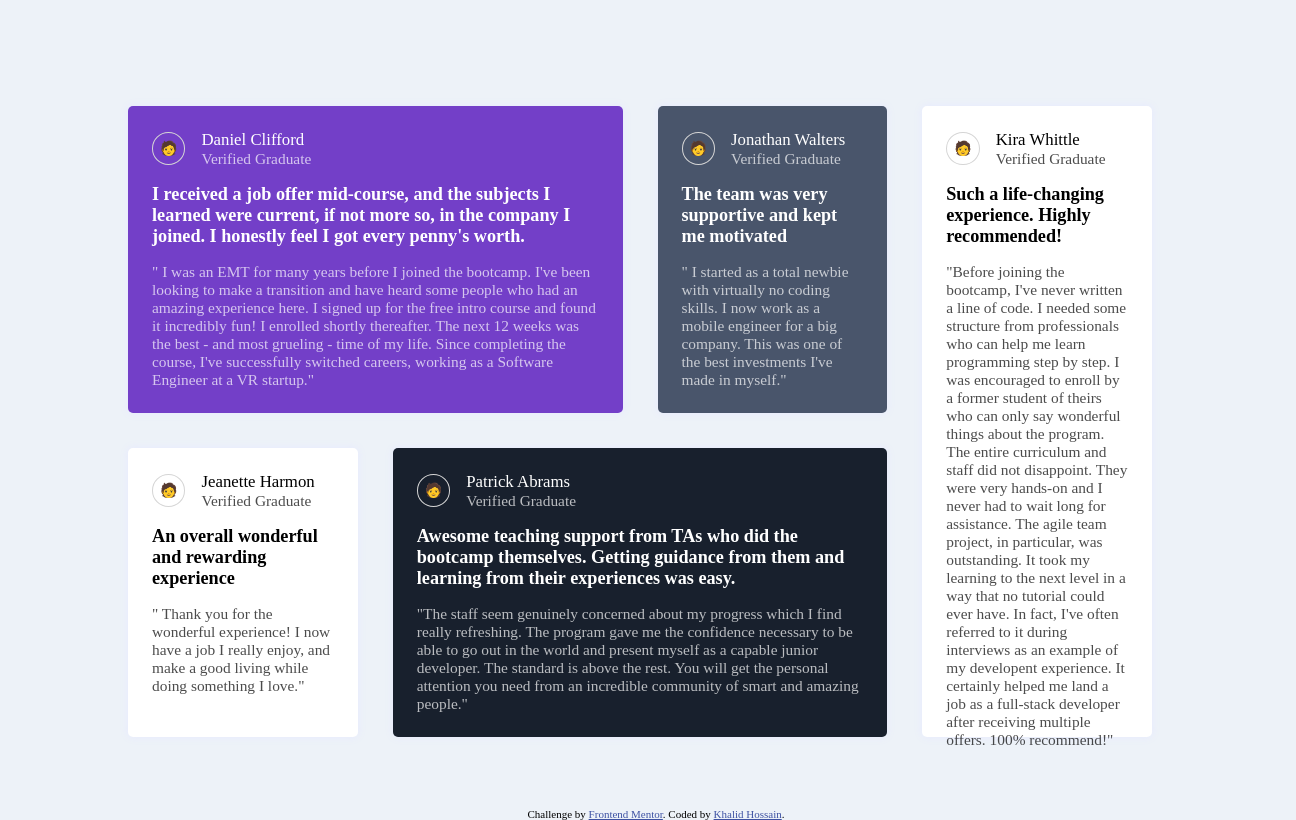
Repository: badhon252/Testimonials-Grid-Section
Page: index.html
An editor plug-in stored every save of this project. The page is shown before and after the next save, followed by the edit.
The browser window is 1280 px wide. The page is 1296 px wide, so the pictures cover 1296 px, including what lies to the right of the window. The pictures show the whole page.

Above is the page before, as saved 2023-02-18 23:08:34.

### index.html
<!DOCTYPE html>
<html lang="en">

<head>
    <meta charset="UTF-8">
    <meta name="viewport" content="width=device-width, initial-scale=1.0">
    <!-- displays site properly based on user's device -->

    <link rel="icon" type="image/png" sizes="32x32" href="./images/favicon-32x32.png">
    <link rel="stylesheet" href="./css/style.css">
    <title>Frontend Mentor | Testimonials Grid Section</title>

</head>

<body>

    <div class="container">

        <div class="box box1">
            <div class="heading">
                <div class="img-fluid">🧑</div>
                <div>
                    <h1 class="name">Daniel Clifford</h1>
                    <p>Verified Graduate</p>
                </div>
            </div>

            <h3>I received a job offer mid-course, and the subjects I learned were current, if not more so, in the company I joined. I honestly feel I got every penny's worth.</h3>
            <p>" I was an EMT for many years before I joined the bootcamp. I've been looking to make a transition and have heard some people who had an amazing experience here. I signed up for the free intro course and found it incredibly fun! I enrolled
                shortly thereafter. The next 12 weeks was the best - and most grueling - time of my life. Since completing the course, I've successfully switched careers, working as a Software Engineer at a VR startup."</p>
        </div>

        <div class="box box2">
            <div class="heading">
                <div class="img-fluid">🧑</div>
                <div>
                    <h1 class="name">Jonathan Walters</h1>
                    <p>Verified Graduate</p>
                </div>
            </div>

            <h3>The team was very supportive and kept me motivated</h3>
            <p>" I started as a total newbie with virtually no coding skills. I now work as a mobile engineer for a big company. This was one of the best investments I've made in myself."</p>
        </div>

        <div class="box box3">
            <div class="heading">
                <div class="img-fluid">🧑</div>
                <div>
                    <h1 class="name">Jeanette Harmon</h1>
                    <p>Verified Graduate</p>
                </div>
            </div>

            <h3>An overall wonderful and rewarding experience</h3>
            <p>" Thank you for the wonderful experience! I now have a job I really enjoy, and make a good living while doing something I love."</p>
        </div>

        <div class="box box4">
            <div class="heading">
                <div class="img-fluid">🧑</div>
                <div>
                    <h1 class="name">Patrick Abrams</h1>
                    <p>Verified Graduate</p>
                </div>
            </div>

            <h3>Awesome teaching support from TAs who did the bootcamp themselves. Getting guidance from them and learning from their experiences was easy.</h3>
            <p>"The staff seem genuinely concerned about my progress which I find really refreshing. The program gave me the confidence necessary to be able to go out in the world and present myself as a capable junior developer. The standard is above the
                rest. You will get the personal attention you need from an incredible community of smart and amazing people."
            </p>
        </div>

        <div class="box box5">
            <div class="heading">
                <div class="img-fluid">🧑</div>
                <div>
                    <h1 class="name">Kira Whittle</h1>
                    <p>Verified Graduate</p>
                </div>
            </div>

            <h3>Such a life-changing experience. Highly recommended!</h3>
            <p>"Before joining the bootcamp, I've never written a line of code. I needed some structure from professionals who can help me learn programming step by step. I was encouraged to enroll by a former student of theirs who can only say wonderful
                things about the program. The entire curriculum and staff did not disappoint. They were very hands-on and I never had to wait long for assistance. The agile team project, in particular, was outstanding. It took my learning to the next
                level in a way that no tutorial could ever have. In fact, I've often referred to it during interviews as an example of my developent experience. It certainly helped me land a job as a full-stack developer after receiving multiple offers.
                100% recommend!"</p>
        </div>
    </div>


    <div class="attribution">
        Challenge by <a href="https://www.badhon252.me" target="_blank">Frontend Mentor</a>. Coded by <a href="https://www.badhon252.me">Khalid Hossain</a>.
    </div>
</body>

</html>

### css/style.css
* {
    margin: 0;
    padding: 0;
    box-sizing: border-box;
    font-family: ubuntu;
}

body {
    height: 100vh;
    max-width: 100vw;
    background-color: #edf2f8;
    font-size: 14px;
    padding: 1rem;
}

.name {
    font-size: 1.2em;
    font-weight: 500;
}

h3 {
    font-size: 1.3em;
    font-weight: 700;
    margin-bottom: 1rem;
}

p {
    font-size: 1.1em;
    font-weight: 400;
    opacity: .7;
}

.container {
    display: grid;
    place-items: center;
    grid-template-columns: repeat(4, 1fr);
    grid-template-rows: repeat(2, 1fr);
    /* grid-template-areas: 'box1 box1 box2 box3' 'box4 box5 box5 box3'; */
    grid-gap: 2.5em;
    align-items: stretch;
    /* margin: 10vw; */
    max-width: 80vw;
    max-height: 40vh;
    justify-items: center;
    margin: 7vw auto;
}

.heading {
    display: flex;
    align-items: center;
    padding: 0 0 1rem 0;
}

.img-fluid {
    padding: .5em;
    border: 1px solid rgb(213, 213, 213);
    border-radius: 50%;
    margin-right: 1rem;
}

.box {
    border-radius: 5px;
    padding: 1.5rem;
    box-shadow: 0 0 10px 0 hsl(231, 100%, 95%);
}

.box1 {
    /* grid-area: box1; */
    background-color: #733fc8;
    color: rgb(255, 255, 255);
    /* grid-column-start: 1;
    grid-column-end: 3; */
    grid-column: 1/3;
    order: 1;
}

.box2 {
    /* grid-area: box1; */
    order: 2;
    background-color: #49556b;
    color: #fff;
}

.box3 {
    /* grid-area: box1; */
    order: 4;
    background-color: hsl(0, 0%, 100%);
}

.box4 {
    /* grid-area: box1; */
    order: 5;
    background-color: #18202d;
    color: #fff;
    /* grid-column-start: 2;
    grid-column-end: 4; */
    /* or  */
    grid-column: 2/4;
}

.box5 {
    /* grid-area: box1; */
    order: 3;
    background-color: hsl(0, 0%, 100%);
    /* grid-row-start: 1;
    grid-row-end: 3; */
    /* or  */
    grid-row: 1/3;
    grid-column-start: 4;
    grid-column-end: 5;
}

.attribution {
    font-size: 11px;
    text-align: center;
    position: absolute;
    bottom: -100px;
    z-index: 1;
    width: 100%;
}

.attribution a {
    color: hsl(228, 45%, 44%);
}

After the next save:
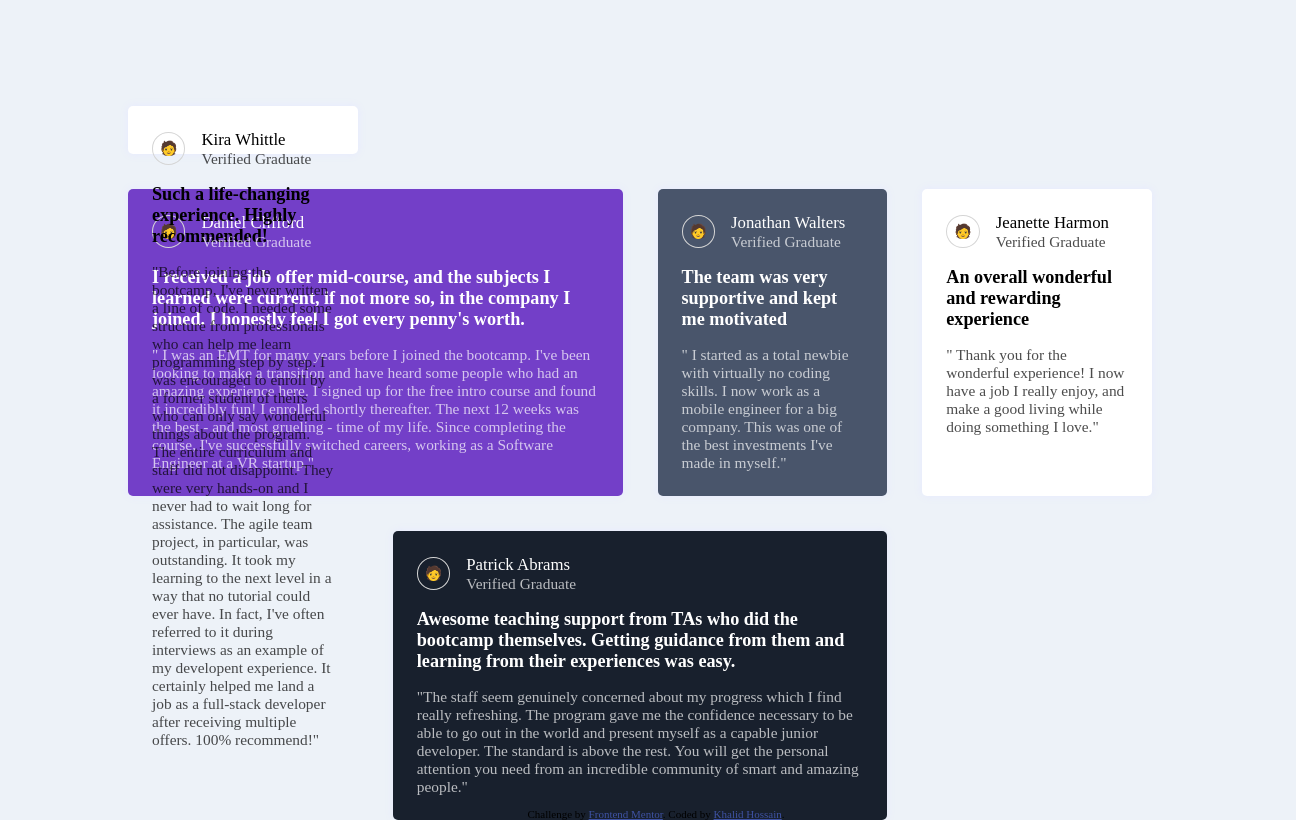
Saved 4 s later.
--- a/css/style.css
+++ b/css/style.css
@@ -106,8 +106,8 @@
     grid-row-end: 3; */
     /* or  */
     grid-row: 1/3;
-    grid-column-start: 4;
-    grid-column-end: 5;
+    /* grid-column-start: 4;
+    grid-column-end: 5; */
 }
 
 .attribution {

After the save that followed:
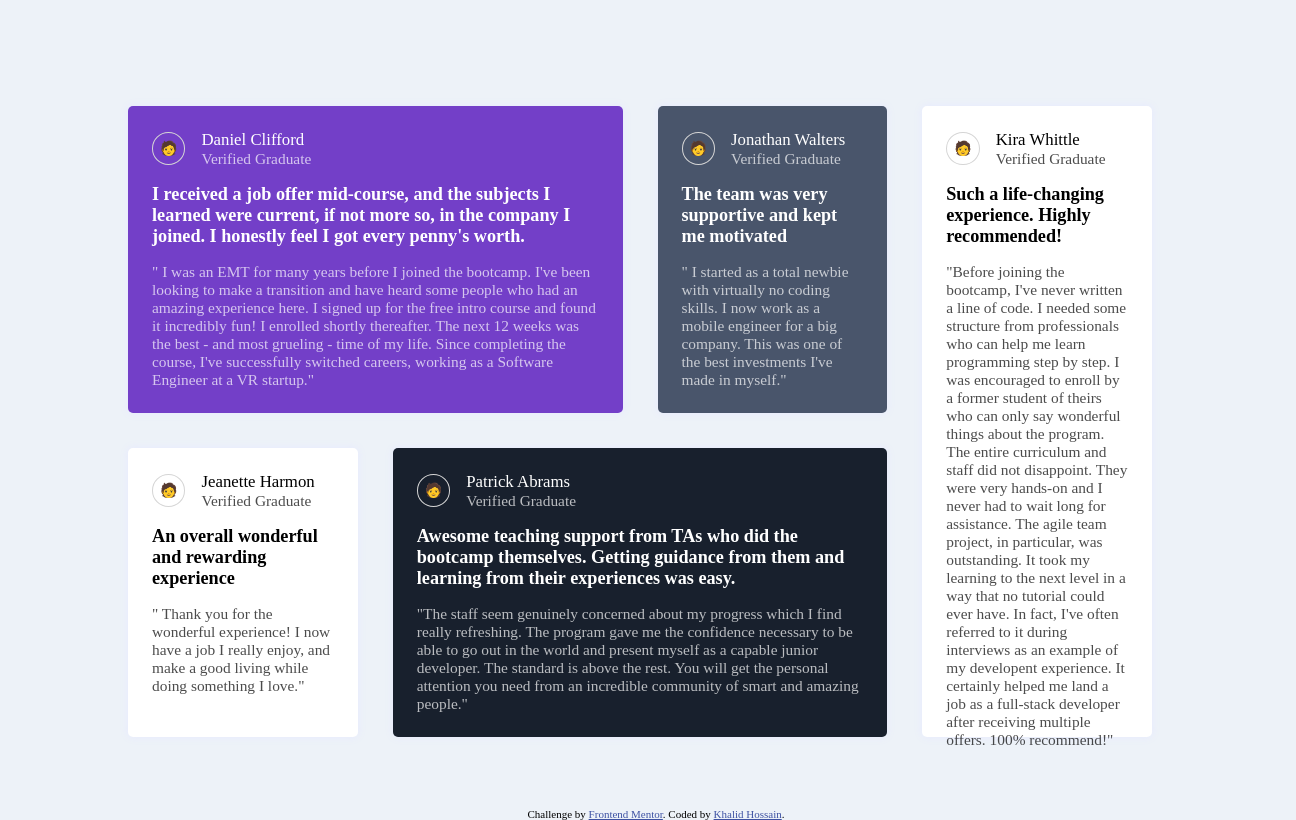
Saved 21 s later.
--- a/css/style.css
+++ b/css/style.css
@@ -108,6 +108,7 @@
     grid-row: 1/3;
     /* grid-column-start: 4;
     grid-column-end: 5; */
+    grid-column: 4/5;
 }
 
 .attribution {
